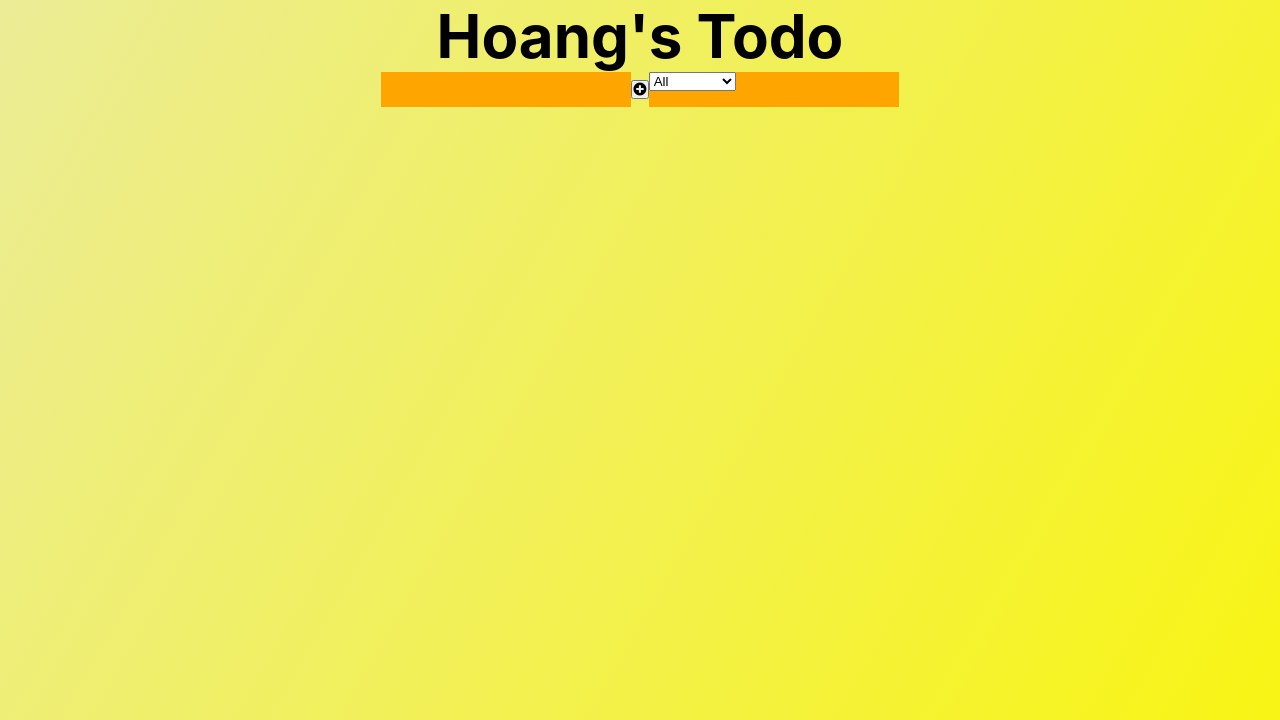
Repository: DinhHoang0607/TodoReact
Page: /
An editor plug-in stored every save of this project. The page is shown before and after the next save, followed by the edit.
The browser window is 1280 px wide. The pictures show the whole page.
Some web libraries are served in a nearby version. The project was rebuilt for these pictures with package versions that can differ from the ones it lists, and the page was loaded fresh each time.

Above is the page before, as saved 2021-09-09 20:02:06.

After the next save:
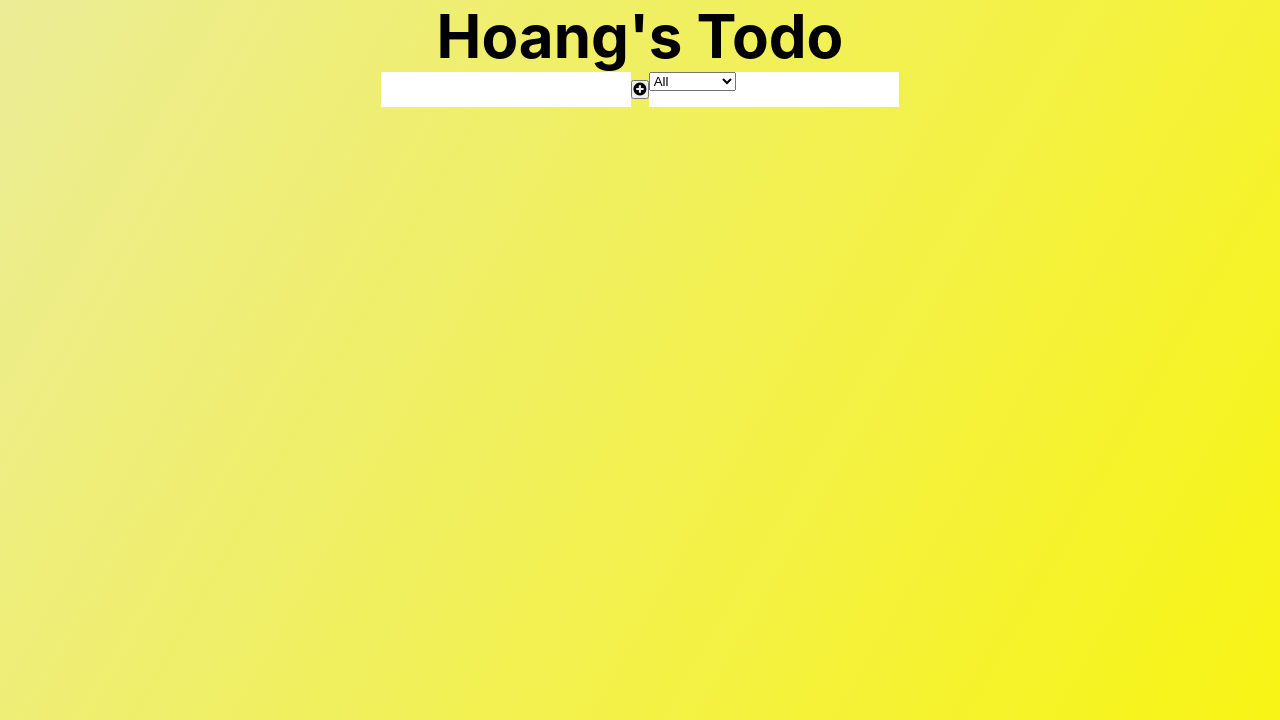
Saved 17 min 43 s later.
--- a/src/App.css
+++ b/src/App.css
@@ -28,5 +28,5 @@ form {
   width: 25rem;
   height: 3.5rem;
   border: none;
-  background: orange;
+  background: white;
 }
